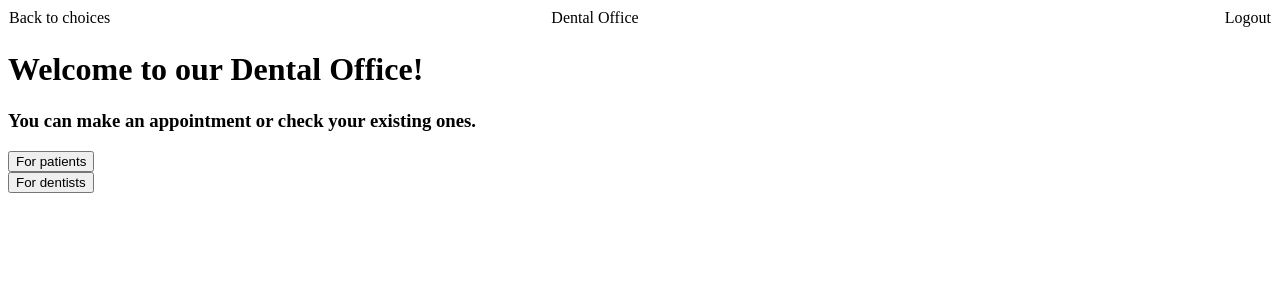
Repository: ThEgIGN/DentalOfficeWebApplication
Page: http://localhost/DentalOfficeWEB/
The author's editor kept a copy of each file at every save. The page is drawn from the files as they stood at one save, then again after the next save.
The browser window is 1280 px wide. The pictures show the whole page.
The page is served by Tomcat 9. Nobody is signed in. The application's start-up code is not run.

Above is the page before, as saved 2023-06-16 10:09:46.

After the next save:
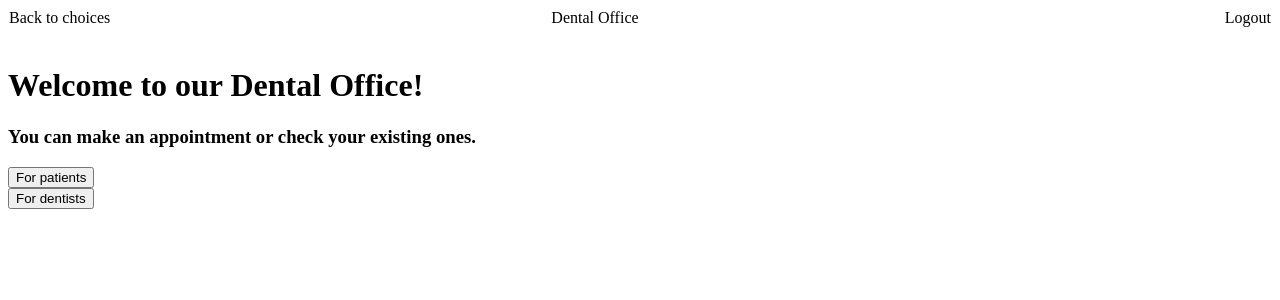
Saved 11 s later.
--- a/DentalOfficeProject/DentalOfficeWEB/src/main/webapp/index.jsp
+++ b/DentalOfficeProject/DentalOfficeWEB/src/main/webapp/index.jsp
@@ -14,8 +14,8 @@
 			<td>Dental Office</td>
 			<td style="text-align: right">Logout</td>
 		</tr>
-		<tr><td></td></tr>
 	</table>
+	<br>
 	<h1>Welcome to our Dental Office!</h1>
 	<h3>You can make an appointment or check your existing ones.</h3>
 	<form action="/DentalOfficeWEB/patients/createPatient.jsp">
